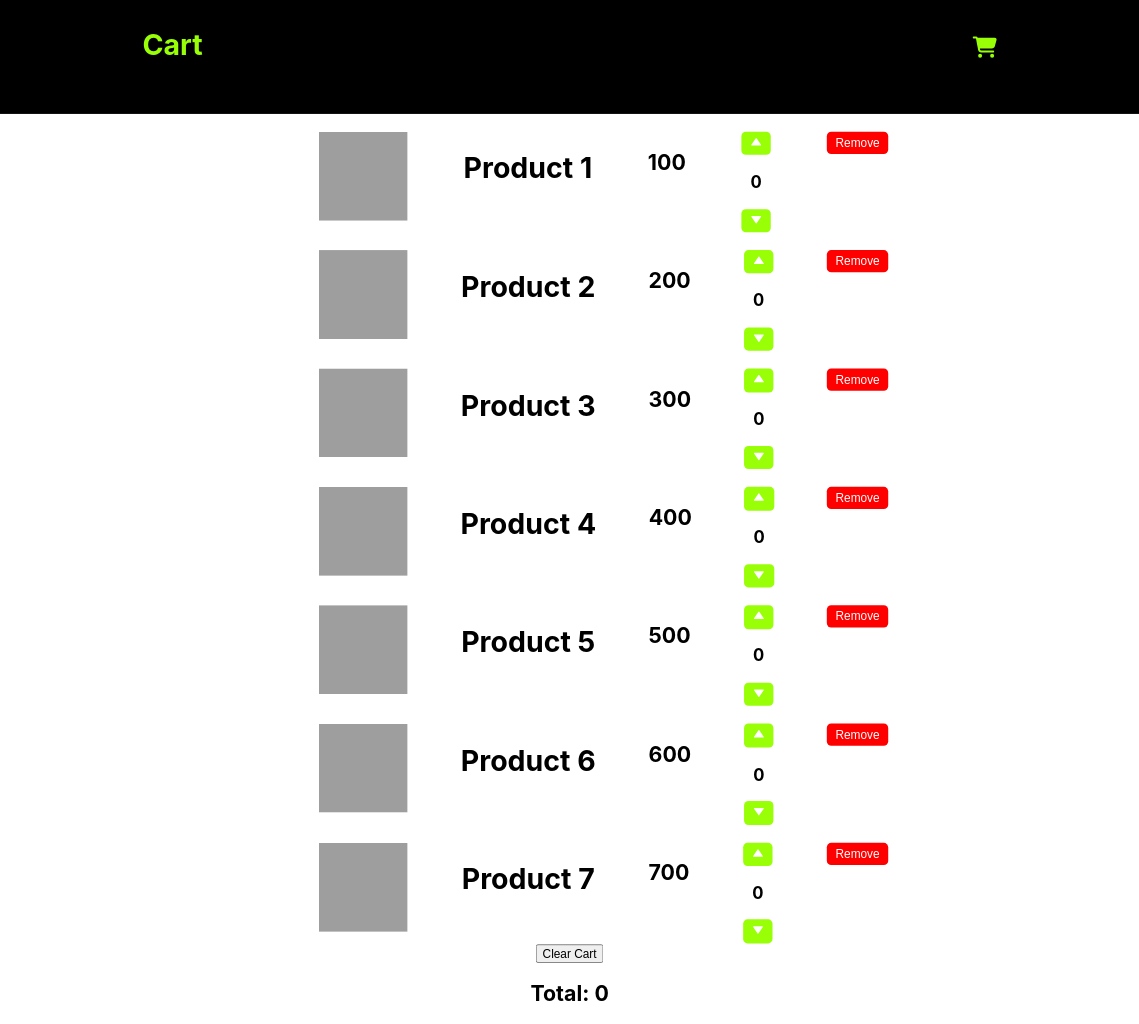
Repository: sriram1224/Cart-react-app
Page: /
An editor plug-in stored every save of this project. The page is shown before and after the next save, followed by the edit.
The browser window is 1280 px wide. The pictures show the whole page, at 89% of full size.
Pictures or frames that could not be fetched are drawn as grey boxes. The project was rebuilt for these pictures with package versions that can differ from the ones it lists, and the page was loaded fresh each time.

Above is the page before, as saved 2024-03-12 22:08:43.

After the next save:
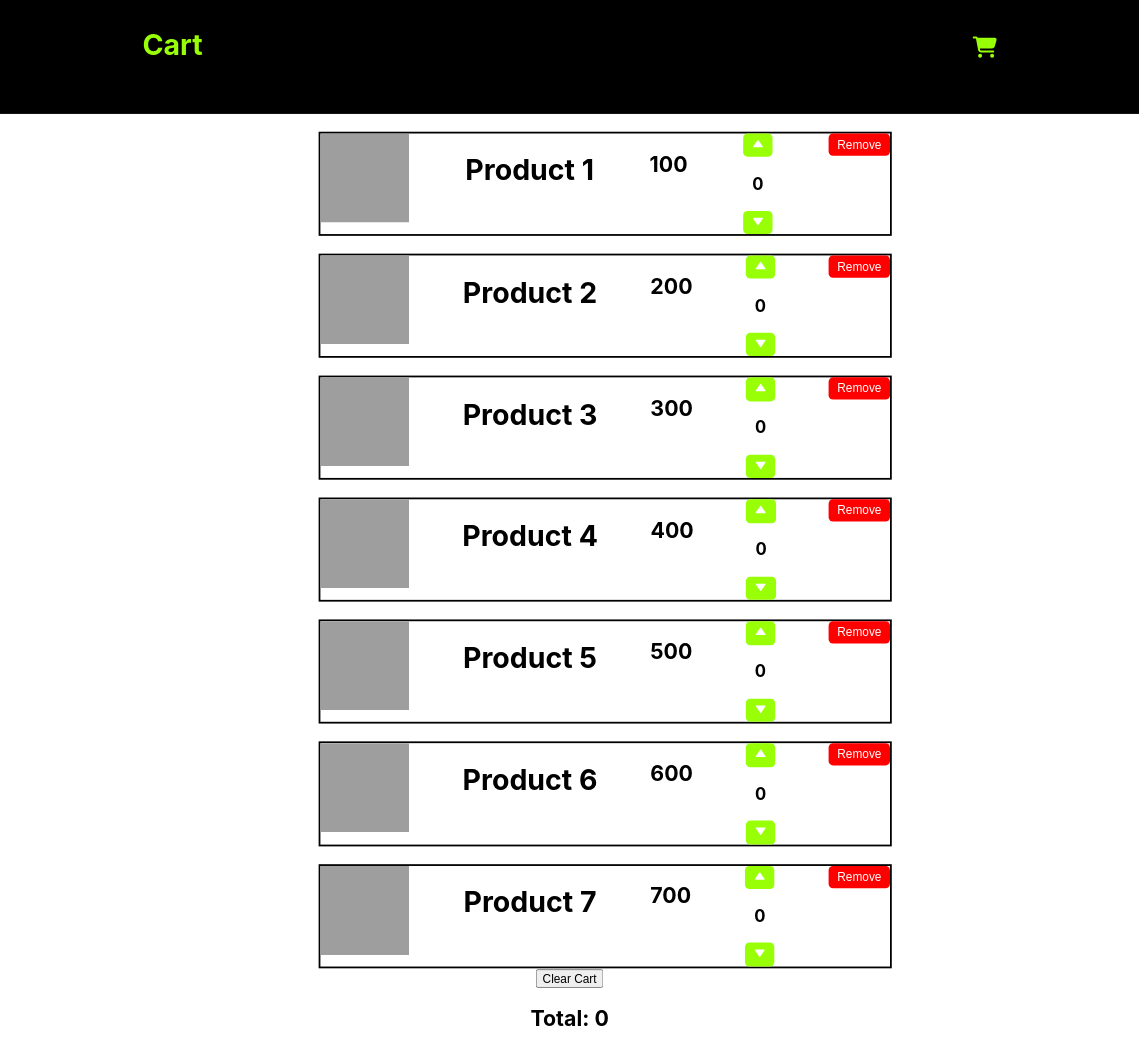
Saved 8 s later.
--- a/src/Components/cart.css
+++ b/src/Components/cart.css
@@ -7,7 +7,7 @@
     left: 28%;
     text-align: center;
     margin-top: 20px;
-    border
+    border: 2px solid black;
 }
 
 .product-container img{
